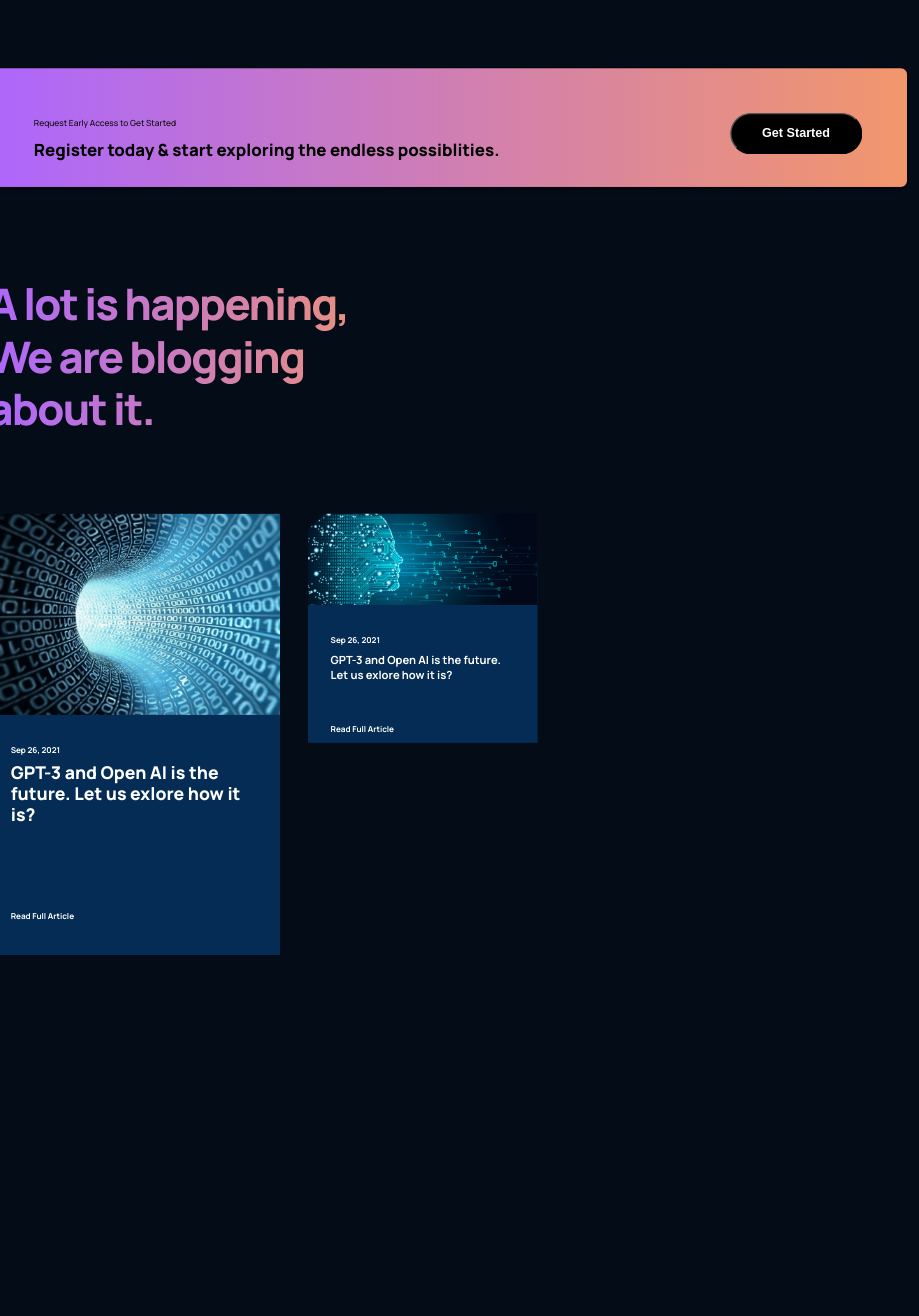
Repository: guilhermecardoso93/lp-gpt3
Page: index.html
An editor plug-in stored every save of this project. The page is shown before and after the next save, followed by the edit.
The browser window is 1280 px wide. The page is 1313 px wide, so the pictures cover 1313 px, including what lies to the right of the window. The pictures show the part of the page from y = 2955 to 4835 px (the page is 4835 px tall), at 70% of full size.

Above is the page before, as saved 2022-08-23 22:20:27.

### index.html
<!DOCTYPE html>
<html lang="pt-BR">

  <head>
    <meta charset="UTF-8" />
    <meta http-equiv="X-UA-Compatible" content="IE=edge" />
    <meta name="viewport" content="width=device-width, initial-scale=1.0" />
    <link rel="stylesheet" href="style.css" />
    <title>LP-GPT3</title>
  </head>

  <body>
    <div class="container">
      <header>
        <div class="menu">
          <img src="./assets/logo.svg" alt="logo da LP-GPT3" />
          <nav>
            <ul>
              <li>
                <a href="">Home</a>
              </li>
              <li><a href="">What is GPT-3?</a></li>
              <li><a href="">Open AI</a></li>
              <li><a href="">Case Studies</a></li>
              <li><a href="">Library</a></li>
            </ul>
          </nav>
          <div class="login">
            <a href="#">Sign In</a>
            <button>Sign Up</button>
          </div>
        </div>

      </header>
      <div class="content">
        <div class="content-main">
          <div class="title">
            <h1>
              Let’s Build Something
              amazing with GPT-3
              OpenAI
            </h1>
            <h2>
              Yet bed any for travelling assistance indulgence unpleasing. Not
              thoughts all exercise blessing. Indulgence way everything joy
              alteration boisterous the attachment. Party we years to order
              allow asked of.
            </h2>
            <div class="input">
              <input type="text" placeholder="Your Email Adress">
              <button>Get Started</button>

              <div class="persons">
                <img src="./assets/persons.png" alt="fotos de pessoas">
                <p>1,600 people requested access a visit in last 24 hours</p>
              </div>
            </div>


          </div>
          <div class="image-content">
            <img src="./assets/header-illustration.png" alt="">
          </div>
        </div>
      </div>
      <div class="headerFooter">
        <img src="./assets/google.svg" alt="logo do Google"/>
        <img src="./assets/slack.svg" alt="logo do slack"/>
        <img src="./assets/atlassian.svg" alt="logo do atlassian"/>
        <img src="./assets/dropbox.svg" alt="logo do Dropbox"/>
        <img src="./assets/shopify.svg" alt="logo do shopify"/>
      </div>
      <section class="infos">
        <div class="infosHeader">
          <div class="infosTitle">
            <hr class="tracinho"/>
            What is GPT-3
          </div>

          <span>
            We so opinion friends me message as delight. Whole front do of plate
            heard oh ought. His defective nor convinced residence own.
            Connection has put impossible own apartments boisterous. At jointure
            ladyship an insisted so humanity he. Friendly bachelor entrance to
            on by.
          </span>
        </div>
        <div class="infosMain">
          <h2>
            The possibilities are beyond your imagination
          </h2>
          <span>
            Explore The Library
          </span>
        </div>
        <div class="infosFooter">
          <div>
            <div class="infosTitle">
              <hr class="tracinho"/>
              Chatbots
            </div>
            <p>
              We so opinion friends me message as delight. Whole front do of
              plate heard oh ought.
            </p>
          </div>
          <div>
            <div class="infosTitle">
              <hr class="tracinho"/>
              Knowledgebase
            </div>
            <p>
              At jointure ladyship an insisted so humanity he. Friendly bachelor
              entrance to on by. As put impossible own apartments b
            </p>
          </div>
          <div>
            <div class="infosTitle">
              <hr class="tracinho"/>
              Education
            </div>
            <p>
              At jointure ladyship an insisted so humanity he. Friendly bachelor
              entrance to on by. As put impossible own apartments b
            </p>
          </div>
        </div>
      </section>
      <section class="hero">
        <div class="heroMain">
          <div class="HeroMainTitle">
            <h2>
              The Future is Now and You Just Need To Realize It. Step into
              Future Today & Make it Happen.
            </h2>
          </div>
          <span>
            Request Early Access to Get Started
          </span>
        </div>
        <div class="heroMainInfos">
          <div class="heroMainInfosItem">
            <div class="infosTitle">
              <hr class="tracinho"/>
              Improving end distrusts instantly
            </div>
            <p>
              From they fine john he give of rich he. They age and draw mrs
              like. Improving end distrusts may instantly was household
              applauded.
            </p>
          </div>
          <div class="heroMainInfosItem">
            <div class="infosTitle">
              <hr class="tracinho"/>
              Become the tended active
            </div>
            <p>
              Considered sympathize ten uncommonly occasional assistance
              sufficient not. Letter of on become he tended active enable to.
            </p>
          </div>
          <div class="heroMainInfosItem">
            <div class="infosTitle">
              <hr class="tracinho"/>
              Message or am nothing
            </div>
            <p>
              Led ask possible mistress relation elegance eat likewise debating.
              By message or am nothing amongst chiefly address.
            </p>


          </div>
          <div class="heroMainInfosItem">
            <div class="infosTitle">
              <hr class="tracinho"/>
              Improving end distrusts instantly
            </div>
            <p>
              Really boy law county she unable her sister. Feet you off its like
              like six. Among sex are leave law built now. In built table in an
              rapid blush.
            </p>
          </div>


        </div>
      </section>
      <section class="myapp">
        <div class="myappImg">
          <img src="./assets/woman-vr.png" alt="">
        </div>
        <div class="myappInfo">
          <div>
            <span>
              Request Early Access to Get Started
            </span>
          </div>
          <div>
            <h2>
              The possibilities are beyond your imagination
            </h2>
          </div>
          <div>
            <p class="myappInfoPBottom">
              Yet bed any for travelling assistance indulgence unpleasing. Not
              thoughts all exercise blessing. Indulgence way everything joy
              alteration boisterous the attachment. Party we years to order
              allow asked of.
            </p>
          </div>
          <div>
            <p class="myappInfoSpanBottom">
              Request Early Access to Get Started
            </p>
          </div>
        </div>
      </section>
      <section class="middle">
        <div>
          <p>
            Request Early Access to Get Started
          </p>
          <h2>
            Register today & start exploring the endless possiblities.
          </h2>
        </div>
        <div>
          <button>
            Get Started
          </button>
        </div>

      </section>
      <section class="middle-alot">
        <h3>
          A lot is happening,
          We are blogging about it.
        </h3>
        <div>
          <div class="midlleContainer">
            <div class="area1">
              <div class="MiddleImg">
                <img src="/assets/blog-1.png" width="417.03px"
                height="287.73px">
              </div>
              <div class="MiddleDiv">
                <p>Sep 26, 2021</p>
                <h4>GPT-3 and Open AI is the future. Let us exlore how it is?</h3>
                <p>Read Full Article</p>
              </div>
            </div>
            <div class="area2">
              <div class="MiddleImg2">
                <img src="/assets/blog-2.png" width="327.34"
                height="130.47px">
              </div>
              <div class="MiddleDiv2">
                <p>Sep 26, 2021</p>
                <h4>GPT-3 and Open AI is the future. Let us exlore how it is?</h3>
                <p>Read Full Article</p>
              </div>
            </div>
            <div class="area3"></div>
            <div class="area4"></div>
            <div class="area5"></div>
          </div>
        </div>
      </section>
    </div>
  </body>

</html>

### style.css
@import url("https://fonts.googleapis.com/css2?family=Manrope:wght@400;500;700;800&family=Poppins:wght@400;500;700&display=swap");

* {
  margin: 0;
  padding: 0;
  box-sizing: border-box;
}

:root {
  --text-color-links: #fff;
  --color-button: #ff4820;
}

body {
  font-family: "Manrope", sans-serif;

  width: 100%;
  display: flex;
  flex-direction: column;
  align-items: center;
  justify-content: center;

  background-image: url(/assets/blur-background-left.png);
  background-repeat: no-repeat;
  background-position: top left;
  background: #040c18;
  overflow-x: hidden;
}

a {
  text-decoration: none;
  color: var(--text-color-links);
}

ul {
  list-style: none;
  display: flex;
  gap: 54px;
}

.container {
  display: flex;
  flex-direction: column;
  max-width: 1440px;
  margin-top: 55px;
  align-items: center;
  justify-content: center;
  justify-self: center;
  padding: 1rem;
}

header {
  display: flex;
  flex-direction: column;
  justify-content: center;
  align-items: center;
  width: 100%;
}

.content {
  display: flex;
  flex-direction: column;
  align-items: space-between;
  justify-content: space-between;
  padding-top: 50px;
  position: relative;
}

.content-main {
  display: flex;
  flex-direction: row;
}

.menu {
  display: flex;
  align-items: center;
  justify-content: space-between;
  width: 100%;
}

.menu nav ul li {
  font-weight: 500;
  font-size: 18px;
  line-height: 25px;
}

.menu nav ul li a:hover {
  border-bottom: 1px solid var(--text-color-links);
}

.menu img {
  padding-right: 69px;
}

.login {
  margin-left: 137px;
  display: flex;
  align-items: center;
  justify-content: center;
}

.login > button {
  margin-left: 26px;
  width: 152px;
  height: 58px;

  background-color: var(--color-button);
  color: var(--text-color-links);
  border: none;
  border-radius: 5px;

  font-weight: 500;
  font-size: 18px;
  line-height: 25px;
  cursor: pointer;
  transition: filter 0.2s;
}

.login > button:hover {
  filter: brightness(0.5);
}

.title {
  display: flex;
  flex-direction: column;
  gap: 2rem;
}

.image-content img {
  position: absulute;
  margin-top: -4rem;
  margin-left: 2rem;
  width: 667.41px;
  height: 701.59px;
}

.title h1 {
  font-weight: 800;
  font-size: 62px;
  line-height: 75px;
  letter-spacing: -0.04em;
  width: 614px;
  height: 225px;

  background: linear-gradient(89.97deg, #ae67fa 1.84%, #f49867 102.67%);
  -webkit-background-clip: text;
  -webkit-text-fill-color: transparent;
  background-clip: text;
  text-fill-color: transparent;
}

.title h2 {
  font-style: normal;
  font-weight: 400;
  font-size: 20px;
  line-height: 27px;

  color: #81afdd;
  width: 554px;
}

.input {
  width: 100%;
  max-width: 630px;
}

.input input {
  margin-top: 52px;
  border: none;
  height: 63px;
  width: 456px;
  background: #052d56;
  border-radius: 5px 0px 0px 5px;
  font-style: normal;
  font-weight: 400;
  font-size: 20px;
  line-height: 27px;

  color: #3d6184;
  padding-left: 2rem;
  outline: none;
}

.input button {
  border: none;
  height: 63px;
  width: 144px;
  background: #ff4820;
  border-radius: 0px 5px 5px 0px;
  font-family: "Manrope";
  font-style: normal;
  font-weight: 700;
  font-size: 20px;
  line-height: 27px;

  color: #ffffff;
}

.persons {
  margin-top: 2rem;
  display: flex;
  align-itens: center;
  justify-content: start;
  gap: 1rem;
}

.persons img {
  width: 181.79px;
  height: 38px;
}

.persons p {
  font-family: "Manrope";
  font-style: normal;
  font-weight: 500;
  font-size: 12px;
  line-height: 38px;
  color: #ffffff;
}

.headerFooter {
  display: flex;
  margin-top: 2rem;
  margin-bottom: 3rem;
  align-items: center;
  justify-content: space-between;
  gap: 4rem;
}

.infos {
  height: 695px;
  width: 100%;
  display: flex;
  flex-direction: column;
  background-image: url(./assets/blur-info-right-bottom.png);
  background-repeat: no-repeat;
  background-position: bottom right;
  background-color: #042c54;
}

.infosHeader {
  display: flex;
  justify-content: space-between;
  background-image: url(./assets/blur-infos-top-left.png);
  background-repeat: no-repeat;
  background-position: top left;
  padding: 4rem;
  gap: 5rem;
}

.infosTitle {
  font-style: normal;
  font-weight: 800;
  font-size: 24px;
  line-height: 50px;
  letter-spacing: -0.04em;
  color: #ffffff;
}

.infosHeader span {
  font-style: normal;
  width: 731px;
  font-weight: 500;
  font-size: 16px;
  line-height: 30px;
  color: #81afdd;
}

.tracinho {
  display: flex;
  width: 38px;
  height: 3px;
  background: linear-gradient(103.22deg, #ae67fa -13.86%, #f49867 99.55%),
    #ffffff;
  border: 0;
}

.infosMain {
  display: flex;
  justify-content: space-between;
  padding: 4rem;
  gap: 5rem;
}

.infosMain h2,
.myappInfo h2 {
  font-style: normal;
  font-weight: 800;
  font-size: 34px;
  line-height: 45px;
  width: 472px;

  background: linear-gradient(103.22deg, #ae67fa -13.86%, #f49867 99.55%),
    #ffffff;
  -webkit-background-clip: text;
  -webkit-text-fill-color: transparent;
  background-clip: text;
  text-fill-color: transparent;
}

.infosMain span,
.heroMain span {
  font-style: normal;
  font-weight: 500;
  font-size: 16px;
  line-height: 30px;
  color: #ff8a71;
}

.infosFooter {
  display: flex;
  padding: 4rem;
  gap: 2rem;
  padding-bottom: 10rem;
}

.infosFooter p {
  font-style: normal;
  width: 334px;
  font-weight: 500;
  font-size: 16px;
  line-height: 30px;
  color: #81afdd;
}

.infosFooter .infosTitle {
  margin-bottom: 2rem;
}

.hero {
  display: flex;
  width: 100%;
  justify-content: space-between;
  margin-top: 15rem;
  gap: 10rem;
}

.heroMain {
  display: flex;
  flex-direction: column;
  gap: 4rem;
}

.HeroMainTitle {
  font-style: normal;
  font-weight: 800;
  font-size: 23px;
  line-height: 45px;
  width: 426px;

  background: linear-gradient(103.22deg, #ae67fa -13.86%, #f49867 99.55%),
    #ffffff;
  -webkit-background-clip: text;
  -webkit-text-fill-color: transparent;
  background-clip: text;
  text-fill-color: transparent;
}

.heroMainInfosItem {
  display: flex;
  gap: 5rem;
}

.heroMainInfosItem .infosTitle {
  width: 182px;
  font-weight: 800;
  font-size: 18px;
  line-height: 24px;
}

.heroMainInfosItem p {
  width: 334px;
  height: 92px;

  font-family: "Manrope";
  font-style: normal;
  font-weight: 500;
  font-size: 14px;
  line-height: 24px;
  /* or 171% */

  color: #81afdd;
}

.myapp {
  display: flex;
  width: 100%;
  justify-content: space-around;
  margin-top: 4rem;
}

.myappImg img {
  width: 546px;
  height: 607.53px;
}

.myappInfo {
  margin-top: 15rem;
  width: 479px;
}

.myappInfo div {
  margin-bottom: 2rem;
}
.myappInfo h2 {
  width: 426px;
}

.myappInfo span {
  font-style: normal;
  font-weight: 500;
  font-size: 16px;
  line-height: 30px;
  color: #71e5ff;
}

.myappInfoPBottom {
  font-style: normal;
  font-weight: 400;
  font-size: 16px;
  line-height: 30px;
  width: 479px;
  color: #81afdd;
}

.myappInfoSpanBottom {
  color: #ff8a71;
}

.middle {
  margin-top: 8rem;
  margin-bottom: 8rem;
  width: 100%;
  height: 172.65px;
  padding: 4rem;
  background: linear-gradient(89.97deg, #ae67fa 1.84%, #f49867 102.67%);
  border: 1px solid #000000;
  box-shadow: 0px 4px 4px rgba(0, 0, 0, 0.25);
  border-radius: 10.7236px;

  display: flex;
  justify-content: space-between;
}

.middle div p {
  font-weight: 500;
  font-size: 12px;
  line-height: 30px;
  color: #0e0e0e;
}

.middle div h2 {
  font-style: normal;
  font-weight: 800;
  font-size: 24px;
  line-height: 45px;
  color: #000000;
}

.middle button {
  width: 189.14px;
  height: 59.4px;
  left: 1078.74px;
  top: 3235.41px;

  background: #000000;
  border-radius: 40px;
  color: #fff;
  font-style: normal;
  font-weight: 700;
  font-size: 18px;
  line-height: 30px;
}

.middle-alot h3 {
  width: 100%;
  width: 613px;
  font-style: normal;
  font-weight: 800;
  font-size: 62px;
  line-height: 75px;
  letter-spacing: -0.04em;
  background: linear-gradient(89.97deg, #ae67fa 1.84%, #f49867 102.67%);
  -webkit-background-clip: text;
  -webkit-text-fill-color: transparent;
  background-clip: text;
  text-fill-color: transparent;
  margin-bottom: 3rem;
}

.midlleContainer {
  display: grid;
  grid-template-columns: 1fr 1fr 1fr;
  grid-template-rows: 1fr 1fr 1fr;
  gap: 10px 40px;
  grid-auto-flow: row;
  grid-template-areas:
    "area1 area2 area3"
    "area1 area4 area5"
    ". . .";
  justify-content: center;
}

.area1 {
  grid-area: area1;
  padding: 0;
  width: 417.03px;
}

.area1 .MiddleDiv {
  background: #042c54;
  height: 407.27px;
  padding: 2rem;
  color: #fff;
  padding-top: 6rem;
}

.midlleContainer div p {
  font-weight: 700;
  font-size: 11.649px;
  line-height: 35px;
}

.area1 div h4 {
  width: 342.18px;
  font-weight: 800;
  font-size: 25.11px;
  line-height: 30px;
  margin-bottom: 7rem;
}

.MiddleImg {
  display: flex;
  position: relative;
  top: 4rem;
}

.area2 {
  grid-area: area2;
}

.area3 {
  grid-area: area3;
}

.area4 {
  grid-area: area4;
}

.area5 {
  grid-area: area5;
}

.MiddleDiv2 {
  background: #042c54;
  width: 327.34px;
  height: 260.84px;
  padding: 2rem;
  color: #fff;
  padding-top: 6rem;
}

.MiddleDiv2 h4 {
  margin-bottom: 3rem;
}

.MiddleImg2 {
  display: flex;
  position: relative;
  top: 4rem;
}

### assets/google.svg
<svg width="72" height="25" viewBox="0 0 72 25" fill="none" xmlns="http://www.w3.org/2000/svg" xmlns:xlink="http://www.w3.org/1999/xlink">
<rect width="71.1003" height="24.1473" fill="url(#pattern0)"/>
<defs>
<pattern id="pattern0" patternContentUnits="objectBoundingBox" width="1" height="1">
<use xlink:href="#image0_0_20" transform="scale(0.00943396 0.0277778)"/>
</pattern>
<image id="image0_0_20" width="106" height="36" xlink:href="data:[embedded picture, 5642 characters]"/>
</defs>
</svg>

### assets/slack.svg
<svg width="97" height="25" viewBox="0 0 97 25" fill="none" xmlns="http://www.w3.org/2000/svg" xmlns:xlink="http://www.w3.org/1999/xlink">
<rect x="0.58374" width="95.8345" height="24.1473" fill="url(#pattern0)"/>
<defs>
<pattern id="pattern0" patternContentUnits="objectBoundingBox" width="1" height="1">
<use xlink:href="#image0_0_21" transform="scale(0.00787402 0.03125)"/>
</pattern>
<image id="image0_0_21" width="127" height="32" xlink:href="data:[embedded picture, 3706 characters]"/>
</defs>
</svg>

### assets/atlassian.svg
<svg width="114" height="25" viewBox="0 0 114 25" fill="none" xmlns="http://www.w3.org/2000/svg" xmlns:xlink="http://www.w3.org/1999/xlink">
<rect x="0.901855" width="112.436" height="24.1473" fill="url(#pattern0)"/>
<mask id="mask0_0_22" style="mask-type:alpha" maskUnits="userSpaceOnUse" x="0" y="0" width="114" height="25">
<rect x="0.901855" width="112.436" height="24.1473" fill="url(#pattern1)"/>
</mask>
<g mask="url(#mask0_0_22)">
<rect x="0.901855" width="112.436" height="24.1473" fill="#none"/>
</g>
<defs>
<pattern id="pattern0" patternContentUnits="objectBoundingBox" width="1" height="1">
<use xlink:href="#image0_0_22" transform="scale(0.00671141 0.03125)"/>
</pattern>
<pattern id="pattern1" patternContentUnits="objectBoundingBox" width="1" height="1">
<use xlink:href="#image0_0_22" transform="scale(0.00671141 0.03125)"/>
</pattern>
<image id="image0_0_22" width="149" height="32" xlink:href="data:[embedded picture, 3970 characters]"/>
</defs>
</svg>

### assets/dropbox.svg
<svg width="122" height="25" viewBox="0 0 122 25" fill="none" xmlns="http://www.w3.org/2000/svg" xmlns:xlink="http://www.w3.org/1999/xlink">
<rect x="0.820801" width="120.736" height="24.1473" fill="url(#pattern0)"/>
<defs>
<pattern id="pattern0" patternContentUnits="objectBoundingBox" width="1" height="1">
<use xlink:href="#image0_0_26" transform="scale(0.00625 0.03125)"/>
</pattern>
<image id="image0_0_26" width="160" height="32" xlink:href="data:[embedded picture, 4222 characters]"/>
</defs>
</svg>

### assets/shopify.svg
<svg width="85" height="25" viewBox="0 0 85 25" fill="none" xmlns="http://www.w3.org/2000/svg" xmlns:xlink="http://www.w3.org/1999/xlink">
<rect x="0.0407715" width="84.5154" height="24.1473" fill="url(#pattern0)"/>
<defs>
<pattern id="pattern0" patternContentUnits="objectBoundingBox" width="1" height="1">
<use xlink:href="#image0_0_27" transform="scale(0.00892857 0.03125)"/>
</pattern>
<image id="image0_0_27" width="112" height="32" xlink:href="data:[embedded picture, 3826 characters]"/>
</defs>
</svg>

Loaded but not shown: assets/logo.svg (7 lines, source omitted)

After the next save:
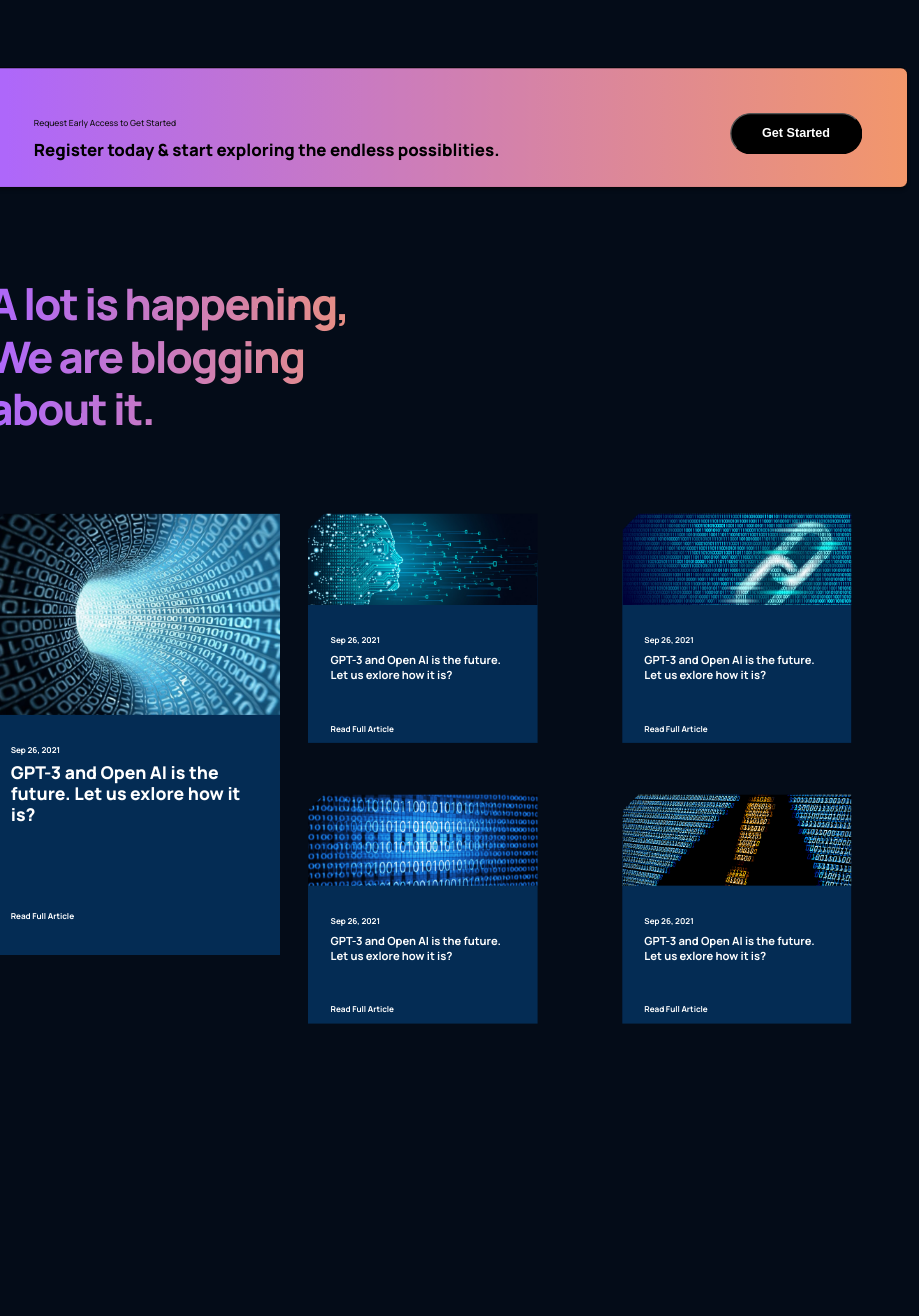
Saved 39 s later.
--- a/index.html
+++ b/index.html
@@ -262,9 +262,39 @@
                 <p>Read Full Article</p>
               </div>
             </div>
-            <div class="area3"></div>
-            <div class="area4"></div>
-            <div class="area5"></div>
+            <div class="area3">
+              <div class="MiddleImg2">
+                <img src="/assets/blog-3.png" width="327.34"
+                height="130.47px">
+              </div>
+              <div class="MiddleDiv2">
+                <p>Sep 26, 2021</p>
+                <h4>GPT-3 and Open AI is the future. Let us exlore how it is?</h3>
+                <p>Read Full Article</p>
+              </div>
+            </div>
+            <div class="area4">
+              <div class="MiddleImg2">
+                <img src="/assets/blog-4.png" width="327.34"
+                height="130.47px">
+              </div>
+              <div class="MiddleDiv2">
+                <p>Sep 26, 2021</p>
+                <h4>GPT-3 and Open AI is the future. Let us exlore how it is?</h3>
+                <p>Read Full Article</p>
+              </div>
+            </div>
+            <div class="area5">
+              <div class="MiddleImg2">
+                <img src="/assets/blog-5.png" width="327.34"
+                height="130.47px">
+              </div>
+              <div class="MiddleDiv2">
+                <p>Sep 26, 2021</p>
+                <h4>GPT-3 and Open AI is the future. Let us exlore how it is?</h3>
+                <p>Read Full Article</p>
+              </div>
+            </div>
           </div>
         </div>
       </section>
